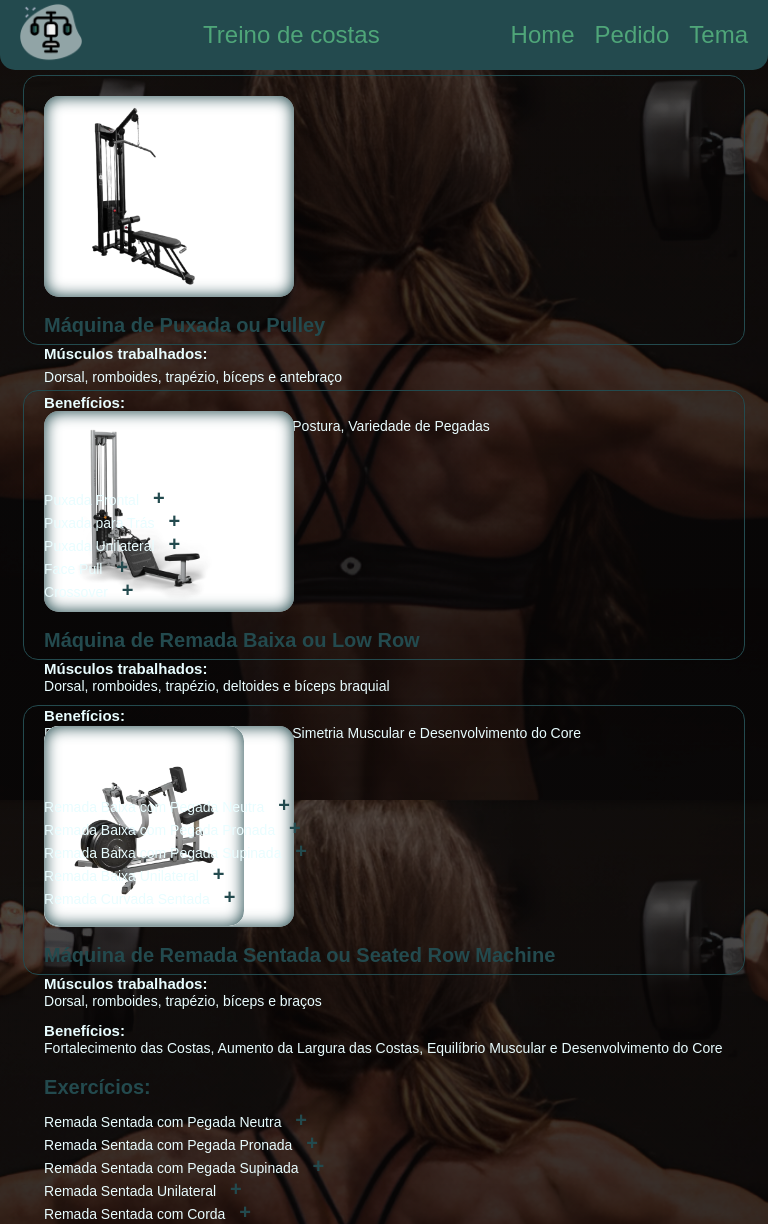
Repository: Marinalr-25/Projeto-Aparelhos-de-Academia
Page: costas.html
An editor plug-in stored every save of this project. The page is shown before and after the next save, followed by the edit.
The browser window is 768 px wide. The pictures show the whole page.
Backgrounds fixed to the window are drawn as part of the page.

Above is the page before, as saved 2025-01-07 13:47:29.
Console error: TypeError: Cannot read properties of null (reading 'addEventListener')

### costas.html
<!DOCTYPE html>
<html lang="pt">
  <head>
    <meta charset="UTF-8" />
    <meta name="viewport" content="width=device-width, initial-scale=1.0" />
    <link rel="stylesheet" href="css/style.css" />
    <link rel="stylesheet" href="css/temas.css" />
    <link
      rel="stylesheet"
      href="css/media-990.css"
      media="(max-width: 990px)"
    />
    <link
      rel="stylesheet"
      href="css/media-767.css"
      media="(max-width: 767px)"
    />

    <link
      rel="stylesheet"
      href="css/media-660.css"
      media="(max-width: 660px)"
    />
    <link
      rel="stylesheet"
      href="css/media-580.css"
      media="(max-width: 580px)"
    />

    <title>costas</title>
  </head>
  <body class="body costas">
    <header class="header sobe">
      <a href="telaPrincipal.html">
        <img class="logo" src="imagens/logoverde.png" alt="logo" />
      </a>
      <p>Treino de costas</p>
      <nav>
        <ul>
          <li class="lista-cabecalho" class="homeCostas">
            <a href="telaPrincipal.html">Home</a>
          </li>
          <li class="lista-cabecalho" id="pedido">
            <a href="pedido.html">Pedido</a>
          </li>
          <li class="lista-cabecalho" id="tema"><a href="#">Tema</a></li>
        </ul>
      </nav>
      <div class="nav-icones">
        <svg
          xmlns="http://www.w3.org/2000/svg"
          class="nav-icone--menu"
          viewBox="0 0 512 512"
        >
          <path
            fill="none"
            stroke="currentColor"
            stroke-linecap="round"
            stroke-miterlimit="10"
            stroke-width="32"
            d="M80 160h352M80 256h352M80 352h352"
          ></path>
        </svg>

        <svg
          xmlns="http://www.w3.org/2000/svg"
          class="nav-icone--fechar"
          viewBox="0 0 512 512"
        >
          <path
            fill="none"
            stroke="currentColor"
            stroke-linecap="round"
            stroke-linejoin="round"
            stroke-width="32"
            d="M368 368L144 144M368 144L144 368"
          ></path>
        </svg>
      </div>
    </header>
    <main class="mainBody move-bottom">
      <section>
        <div class="container">
          <div class="maquinas">
            <div class="img-maquinas">
              <img src="aparelhos/maquina-pulley.png" alt="maquina-pulley" />
            </div>
            <div class="informacoes">
              <div>
                <h2 class="title">Máquina de Puxada ou Pulley</h2>
              </div>
              <div class="separar">
                <div class="infos">
                  <h3 class="h3">Músculos trabalhados:</h3>
                  <p class="info">
                    Dorsal, romboides, trapézio, bíceps e antebraço
                  </p>
                </div>
                <div class="infos">
                  <h3 class="h3">Benefícios:</h3>
                  <p class="info">
                    Fortalecimento das Costas, Melhora da Postura, Variedade de
                    Pegadas
                  </p>
                </div>
              </div>
            </div>
            <div class="exercicios">
              <h3 class="title">Exercícios:</h3>
              <ul>
                <li>
                  Puxada Frontal
                  <span class="mais">+</span>
                  <div class="tooltip">
                    Sente-se na máquina, segure a barra com as mãos afastadas na
                    largura dos ombros (pegada pronada ou neutra) e puxe a barra
                    em direção ao peito, mantendo os cotovelos para baixo e para
                    trás.
                  </div>
                </li>
                <li>
                  Puxada para Trás
                  <span class="mais">+</span>
                  <div class="tooltip">
                    Sente-se na máquina, segure a barra com as palmas para cima
                    e as mãos mais afastadas que a largura dos ombros e puxe a
                    barra em direção ao peito, mantendo os cotovelos para trás e
                    perto do corpo
                  </div>
                </li>
                <li>
                  Puxada Unilateral
                  <span class="mais">+</span>
                  <div class="tooltip">
                    Sente-se ou fique de pé, segurando uma alça com uma mão e
                    mantendo o tronco estável, com a outra mão livre ou
                    segurando o apoio da máquina. Puxe o cabo em direção ao
                    tronco, mantendo o cotovelo próximo ao corpo e a escápula
                    contraída.
                  </div>
                </li>
                <li>
                  Face Pull
                  <span class="mais">+</span>
                  <div class="tooltip">
                    Segure a corda com as duas mãos e puxe o cabo em direção ao
                    rosto, ativando os deltoides posteriores e o trapézio.
                  </div>
                </li>
                <li>
                  Crossover
                  <span class="mais">+</span>
                  <div class="tooltip">
                    Com as cordas ou alças ajustadas nas duas extremidades da
                    máquina, puxe as alças cruzando-as à frente do corpo, como
                    se estivesse tentando juntar as mãos em um movimento de
                    abertura de peito.
                  </div>
                </li>
              </ul>
            </div>
          </div>
          <div class="maquinas">
            <div class="img-maquinas">
              <img src="aparelhos/maquina-low-row.png" alt="maquina-pulley" />
            </div>
            <div class="informacoes">
              <div>
                <h2 class="title">Máquina de Remada Baixa ou Low Row</h2>
              </div>
              <div class="infos">
                <h3 class="h3">Músculos trabalhados:</h3>
                <p class="info">
                  Dorsal, romboides, trapézio, deltoides e bíceps braquial
                </p>
              </div>
              <div class="infos">
                <h3 class="h3">Benefícios:</h3>
                <p class="info">
                  Fortalecimento das Costas, Melhora de Simetria Muscular e
                  Desenvolvimento do Core
                </p>
              </div>
            </div>
            <div class="exercicios">
              <h3 class="title">Exercícios:</h3>
              <ul>
                <li>
                  Remada Baixa com Pegada Neutra
                  <span class="mais">+</span>
                  <div class="tooltip">
                    Esse é o exercício clássico na máquina, onde a pessoa usa um
                    pegador em formato de "V" (pegada neutra) para trabalhar
                    principalmente a espessura da parte média das costas, com
                    foco nos músculos romboides e dorsais
                  </div>
                </li>
                <li>
                  Remada Baixa com Pegada Pronada
                  <span class="mais">+</span>
                  <div class="tooltip">
                    Nessa variação, o pegador é reto e a pegada é com as palmas
                    voltadas para baixo, o que enfatiza mais o trapézio e o
                    latíssimo do dorso, além de dar um estímulo aos romboides
                  </div>
                </li>
                <li>
                  Remada Baixa com Pegada Supinada
                  <span class="mais">+</span>
                  <div class="tooltip">
                    Aqui a pegada é invertida, com as palmas das mãos voltadas
                    para cima. Essa variação ajuda a ativar mais o bíceps junto
                    com as costas, criando um movimento que trabalha tanto a
                    parte superior quanto inferior das costas
                  </div>
                </li>
                <li>
                  Remada Baixa Unilateral
                  <span class="mais">+</span>
                  <div class="tooltip">
                    Esse exercício é feito segurando o pegador com uma única mão
                    de cada vez, permitindo maior foco no lado direito ou
                    esquerdo das costas separadamente, o que ajuda na simetria e
                    força
                  </div>
                </li>
                <li>
                  Remada Curvada Sentada
                  <span class="mais">+</span>
                  <div class="tooltip">
                    Uma variação onde o tronco se inclina ligeiramente para
                    frente antes de puxar o cabo, ativando diferentes áreas dos
                    dorsais e da parte inferior das costas, além de trabalhar a
                    estabilização
                  </div>
                </li>
              </ul>
            </div>
          </div>
          <div class="maquinas">
            <div class="img-maquinas">
              <img
                class="img-maquinas"
                src="aparelhos/seated-row-machine.png"
                alt="maquina-pulley"
              />
            </div>
            <div class="informacoes">
              <div>
                <h2 class="title">
                  Máquina de Remada Sentada ou Seated Row Machine
                </h2>
              </div>
              <div class="infos">
                <h3 class="h3">Músculos trabalhados:</h3>
                <p class="info">Dorsal, romboides, trapézio, bíceps e braços</p>
              </div>
              <div class="infos">
                <h3 class="h3">Benefícios:</h3>
                <p class="info">
                  Fortalecimento das Costas, Aumento da Largura das Costas,
                  Equilíbrio Muscular e Desenvolvimento do Core
                </p>
              </div>
            </div>
            <div class="exercicios">
              <h3 class="title">Exercícios:</h3>
              <ul>
                <li>
                  Remada Sentada com Pegada Neutra
                  <span class="mais">+</span>
                  <div class="tooltip">
                    Segure as alças com as palmas das mãos voltadas uma para a
                    outra (pegada neutra) e puxe em direção ao tronco, mantendo
                    os cotovelos próximos ao corpo e os ombros relaxados.
                    Contraia as escápulas no final do movimento
                  </div>
                </li>
                <li>
                  Remada Sentada com Pegada Pronada
                  <span class="mais">+</span>
                  <div class="tooltip">
                    Segure a barra com as palmas das mãos voltadas para baixo
                    (pegada pronada) e puxe a barra para o corpo, mantendo os
                    cotovelos alinhados com o tronco. Evite balançar o corpo e
                    use um movimento controlado
                  </div>
                </li>
                <li>
                  Remada Sentada com Pegada Supinada
                  <span class="mais">+</span>
                  <div class="tooltip">
                    Segure a barra com as palmas das mãos voltadas para cima
                    (pegada supinada). Puxe a barra em direção ao corpo,
                    mantendo os cotovelos mais baixos e próximos ao tronco
                  </div>
                </li>
                <li>
                  Remada Sentada Unilateral
                  <span class="mais">+</span>
                  <div class="tooltip">
                    Segure a alça com uma mão e puxe o cabo em direção ao
                    tronco. Mantenha o tronco estável e evite torcer o corpo.
                    Repita o movimento para o outro lado
                  </div>
                </li>
                <li>
                  Remada Sentada com Corda
                  <span class="mais">+</span>
                  <div class="tooltip">
                    Use uma corda para segurar as alças e puxe em direção ao
                    tronco, abrindo as mãos ao final do movimento, aumentando a
                    contração nos romboides e trapézio.
                  </div>
                </li>
              </ul>
            </div>
          </div>
        </div>
      </section>
    </main>
    <section class="pop-up-temas">
      <div class="container">
        <div class="bolinha verde"></div>
        <div class="bolinha azul"></div>
        <div class="bolinha rosa"></div>
        <div class="bolinha vermelho"></div>
        <div class="bolinha roxo"></div>
        <div class="bolinha laranja"></div>
        <svg
          xmlns="http://www.w3.org/2000/svg"
          class="icone-fechar"
          viewBox="0 0 512 512"
        >
          <path
            fill="none"
            stroke="currentColor"
            stroke-linecap="round"
            stroke-linejoin="round"
            stroke-width="32"
            d="M368 368L144 144M368 144L144 368"
          ></path>
        </svg>
      </div>
    </section>
    <script src="js/script.js"></script>
    <script src="js/costas.js"></script>
    <script src="js/temas.js"></script>
  </body>
</html>

### css/temas.css
:root {
  --cor-fundo: #234a4e;
  --cor-texto: #4fa679;
  --verde-primario: #234a4e;
  --verde-secundario: #4fa679;
  --azul-primario: #0d6bb2;
  --azul-secundario: #83e3ff;
  --rosa-primario: #ae2478;
  --rosa-secundario: #eed3e4;
  --vermelho-primario: #a50000;
  --vermelho-secundario: #e4b2b2;
  --roxo-primario: #4c4c99;
  --roxo-secundario: #c9c9e0;
  --laranja-primario: #ff6c37;
  --laranja-secundario: #ffd2c3;
}

.pop-up-temas {
  display: none;
  transition: opacity 0.3s ease, transform 0.3s ease;
  &.aberto {
    display: flex;
    position: fixed;
    top: 50%;
    left: 50%;
    transform: translate(-50%, -50%);
    opacity: 1;
    height: 18rem;
    background-color: rgba(0, 0, 0, 0.95);
    border-radius: 1.5rem;

    & .container {
      display: flex;
      justify-content: center;
      align-items: center;
      gap: 1rem;
      flex-direction: row;
      padding: 2rem;
      max-width: 65rem;
      position: relative;

      & .bolinha {
        width: 4rem;
        height: 4rem;
        margin: 0.5rem;
        border-radius: 50%;

        &.verde {
          background: linear-gradient(
            to right,
            var(--verde-primario) 50%,
            var(--verde-secundario) 50%
          );
        }
        &.azul {
          background: linear-gradient(
            to right,
            var(--azul-primario) 50%,
            var(--azul-secundario) 50%
          );
        }

        &.rosa {
          background: linear-gradient(
            to right,
            var(--rosa-primario) 50%,
            var(--rosa-secundario) 50%
          );
        }
        &.vermelho {
          background: linear-gradient(
            to right,
            var(--vermelho-primario) 50%,
            var(--vermelho-secundario) 50%
          );
        }
        &.roxo {
          background: linear-gradient(
            to right,
            var(--roxo-primario) 50%,
            var(--roxo-secundario) 50%
          );
        }
        &.laranja {
          background: linear-gradient(
            to right,
            var(--laranja-primario) 50%,
            var(--laranja-secundario) 50%
          );
        }
      }
      & .icone-fechar {
        display: block;
        position: absolute;
        top: 0;
        right: 0;
        color: var(--cor-texto);
        z-index: 10001;
        width: 5rem;
        height: 5rem;
      }
    }
  }
}

### css/media-990.css
@media all and (max-width: 61.87em) {
  .body.costas {
    background-size: cover;
    & .mainBody {
      margin-top: 5rem;
      & .container {
        & .maquinas {
          display: grid;
          grid-template-columns: repeat(1fr, 2);
          grid-template-rows: auto auto;
          width: 94vw;
          height: 27rem;
          gap: 1.8rem;

          & .img-maquinas {
            align-self: center;
            & img {
              max-width: 20rem;
              max-height: 20rem;
            }
          }
        }

        & .informacoes {
          max-width: 100%;
          gap: 1rem;
          padding: 0;
          & .title {
            font-size: 2rem;
            line-height: 1;
          }

          & .separar {
            gap: 0.6rem;
          }

          & .infos {
            & .h3 {
              font-size: 1.5rem;
            }
            & .info {
              font-size: 1.4rem;
            }
          }
        }

        & .exercicios {
          max-width: 100%;
          gap: 1rem;

          & .title {
            font-size: 2rem;
          }

          & ul li {
            font-size: 1.4rem;
            padding-bottom: 0rem;
          }
        }
      }
    }
  }
}

### css/media-767.css
@media all and (max-width: 48em) {
  html {
    font-size: 56.25%;
  }

  .header {
    font-size: 2rem;
  }

  .tela-inicial {
    & .box-inicial {
      & .segunda-tela {
        & .aparelhos {
          width: 15rem;
          &.esquerda {
            top: 15px;
          }
        }
      }
    }
  }

  .body {
    .header {
      & .logo {
        width: 10.7vw;
        height: 10.7vw;
        min-height: 9rem;
        min-width: 9rem;
      }

      nav {
        display: none;
        opacity: 0;
        transform: translateX(100%);
        transition: opacity 0.3s ease;

        &.aberto {
          display: flex;
          opacity: 0.9;
          transform: translateX(0);
        }
      }
      & .nav-icones {
        display: block;
        max-width: 30%;
        width: 5rem;
        height: 5rem;
        margin-right: 2rem;
        margin-left: 2rem;
        color: var(--cor-texto);
        z-index: 10001;
      }
    }
    & .nav-icone--fechar {
      display: none;
    }
    &.aberto {
      opacity: 0.9;
      & nav {
        display: flex;
        flex-direction: column;
        justify-content: center;
        transform: translateX(100%);
        transition: opacity 0.3s ease, transform 0.3s ease;
        align-items: center;
        box-shadow: inset 0 0 0 3px var(--cor-texto);
        background-color: var(--cor-fundo);
        border-top-left-radius: 50px;
        border-bottom-left-radius: 50px;
        opacity: 0.9;
        position: fixed;
        top: 0;
        width: 20%;
        height: 700px;
        right: 0;
        z-index: 1000;
        overflow: hidden;

        & ul {
          flex-direction: column;
          align-items: center;
          & li {
            &:hover {
              text-decoration: underline;
            }
          }
        }
      }
      & .nav-icone--menu {
        display: block;
      }
      & .nav-icone--fechar {
        display: none;
      }
    }

    & .tela-principal {
      & .container {
        & .box {
          &.braco {
            background-image: url(/imagens/braço.png);
          }

          &.perna {
            background-image: url(/imagens/perna.png);
          }

          &.ombro {
            background-image: url(/imagens/ombro.png);
          }

          &.costas {
            background-image: url(/imagens/costasHDrecortada.png);
          }

          &.peito {
            background-image: url(/imagens/peito.png);
          }
          &.abdomen {
            background-image: url(/imagens/abdomen.png);
          }
        }
      }
    }
    &.costas {
      & .mainBody {
        margin-top: 5rem;
        & .container {
          flex-direction: row;
          justify-content: center;
          flex-wrap: wrap;
          padding-top: 3.5rem;
          & .maquinas {
            flex-direction: column;
            width: 40rem;
            height: auto;
            & .img-maquinas {
              display: block;
              margin: 0 auto;
            }

            & .informacoes {
              & .title {
                font-size: 2rem;
                line-height: 1;
              }
              & .infos {
                & .h3 {
                  font-size: 1.8rem;
                }
                & .info {
                  font-size: 1.6rem;
                }
              }
            }

            & .exercicios {
              width: 100%;
              gap: 0.5rem;

              & ul li {
                font-size: 1.6rem;
                padding-bottom: 0;
              }
            }
          }
        }
      }
    }
  }
}

### css/media-660.css
@media all and (max-width: 41.25em) {
  .tela-inicial {
    & .box-inicial {
      & .primeira-tela {
        justify-content: center;
      }
      & .segunda-tela {
        gap: 1.5rem;
      }
      & .pontos {
        & div {
          width: 0.9rem;
          height: 0.9rem;
        }
        & .primeiro-ponto {
          transform: translate(-25px, 7px);
        }
        & .segundo-ponto {
          transform: translate(0, 0);
        }
        & .terceiro-ponto {
          transform: translate(25px, -7px);
        }
      }
    }

    .topo {
      & .h2-muitoBem {
        text-align: center;
        & #nome-saudacao {
          display: block;
        }
      }
    }
  }

  .body.costas {
    background-size: cover;
  }
}

### css/media-580.css
@media all and (max-width: 36.25em) {
  .tela-inicial {
    & .box-inicial {
      height: 60rem;
      & .pontos {
        & div {
          width: 0.9rem;
        }
        & .primeiro-ponto {
          transform: translate(-25px, -3px);
        }
        & .segundo-ponto {
          transform: translate(0, -10px);
        }
        & .terceiro-ponto {
          transform: translate(25px, -17px);
        }
      }
    }
  }
}

Loaded but not shown: js/temas.js (93 lines, source omitted); js/script.js (83 lines, source omitted); js/costas.js (18 lines, source omitted); css/style.css (565 lines, source omitted)

After the next save:
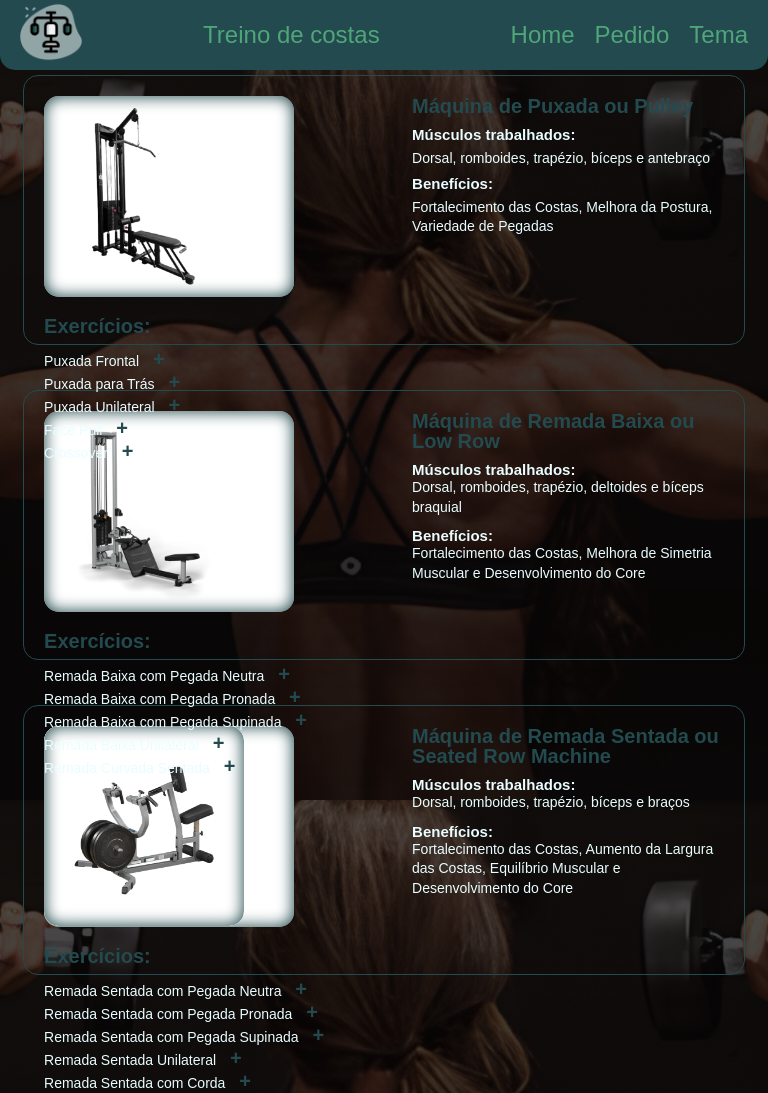
Saved 9 s later.
--- a/css/media-990.css
+++ b/css/media-990.css
@@ -6,7 +6,7 @@
       & .container {
         & .maquinas {
           display: grid;
-          grid-template-columns: repeat(1fr, 2);
+          grid-template-columns: 1fr 1fr;
           grid-template-rows: auto auto;
           width: 94vw;
           height: 27rem;
